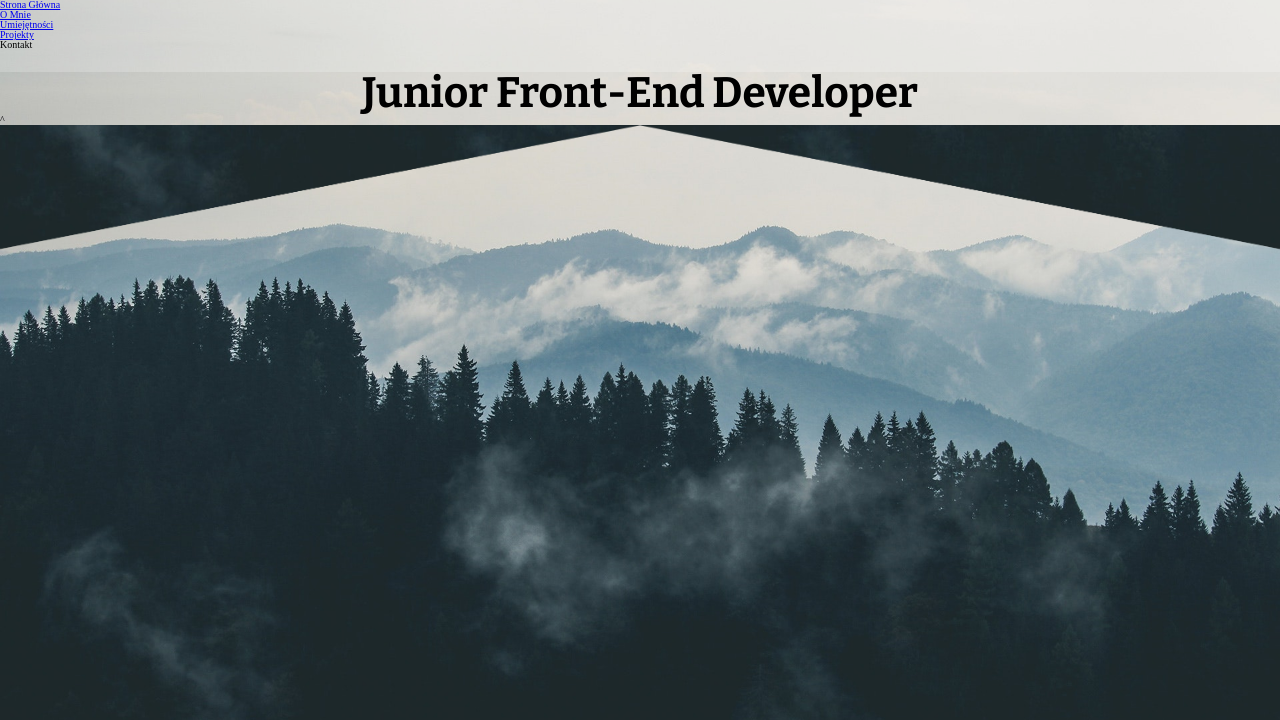
Repository: Maxs777/wizytowka
Page: index.html
An editor plug-in stored every save of this project. The page is shown before and after the next save, followed by the edit.
The browser window is 1280 px wide. The pictures show the whole page.

Above is the page before, as saved 2019-03-09 21:53:21.

After the next save:
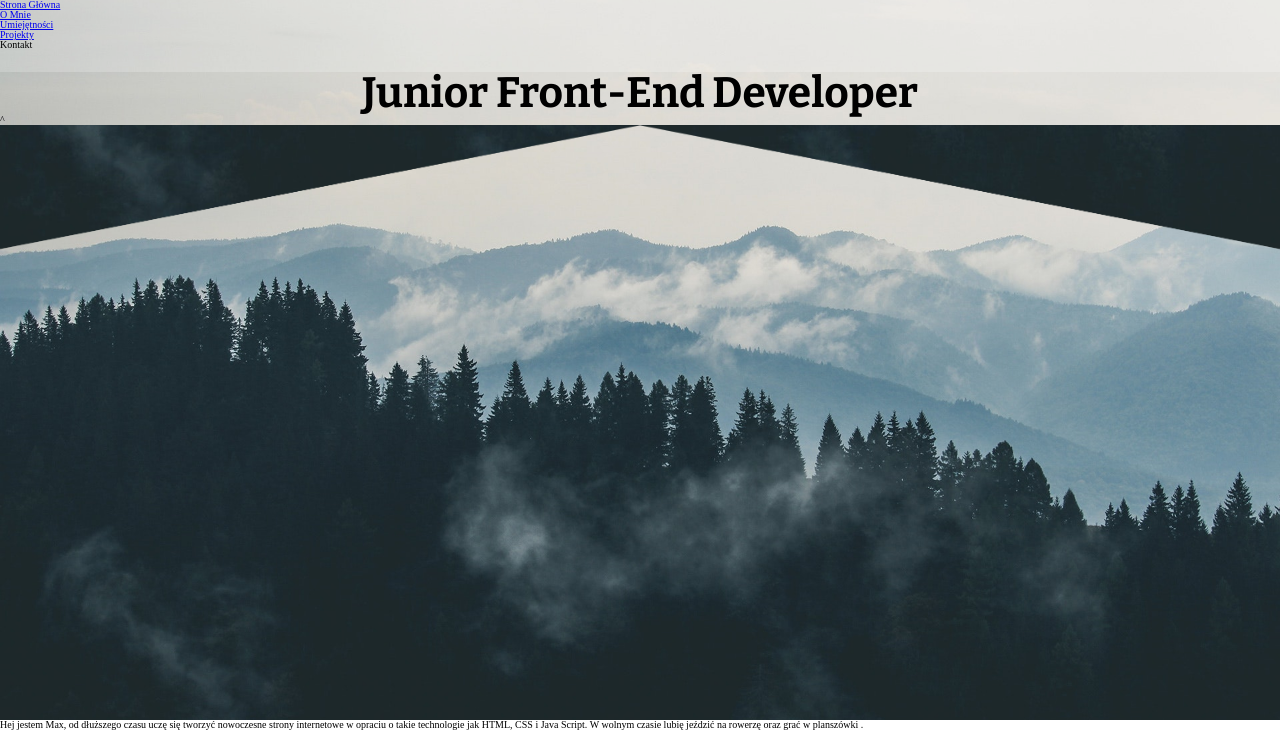
Saved 7 s later.
--- a/index.html
+++ b/index.html
@@ -31,7 +31,8 @@
            <div class="downimage"></div>
         </header>
        <section id="section1" class="me">
-           <article class="aboutme"></article>
+           <article class="aboutme"><p>Hej jestem Max, od dłuższego czasu uczę się tworzyć nowoczesne strony internetowe w opraciu o takie technologie jak
+        HTML, CSS i Java Script. W wolnym czasie lubię jeździć na rowerzę oraz grać w planszówki .</p></article>
            <article class="aboutme"></article>
        </section>
        <section id="section2" class="skills"></section>
